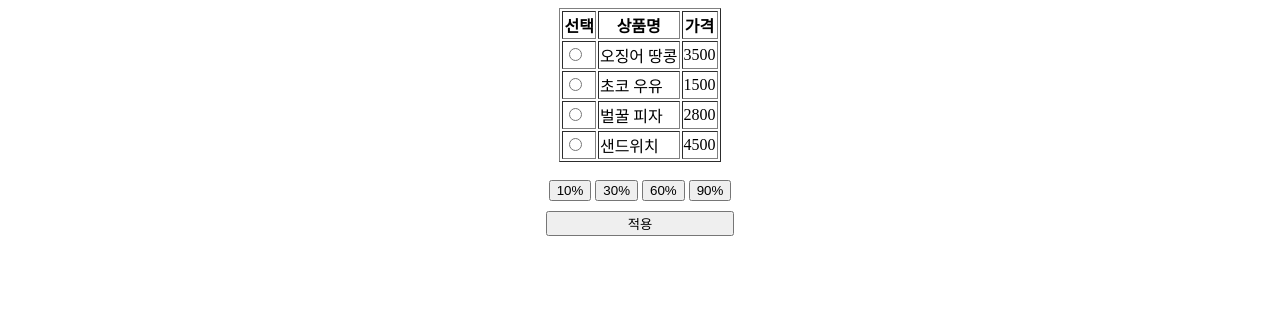
Repository: dlfud/SpringFramework
Page: http://localhost/ex02/WEB-INF/views/product/usePoint.jsp
The author's editor kept a copy of each file at every save. The page is drawn from the files as they stood at one save, then again after the next save.
The browser window is 1280 px wide. The pictures show the whole page.
The page is served by Tomcat 9. Nobody is signed in. The template is opened directly, without the code that normally fills it, so the values that code supplies are empty.

Above is the page before, as saved 2022-06-28 10:14:50.

After the next save:
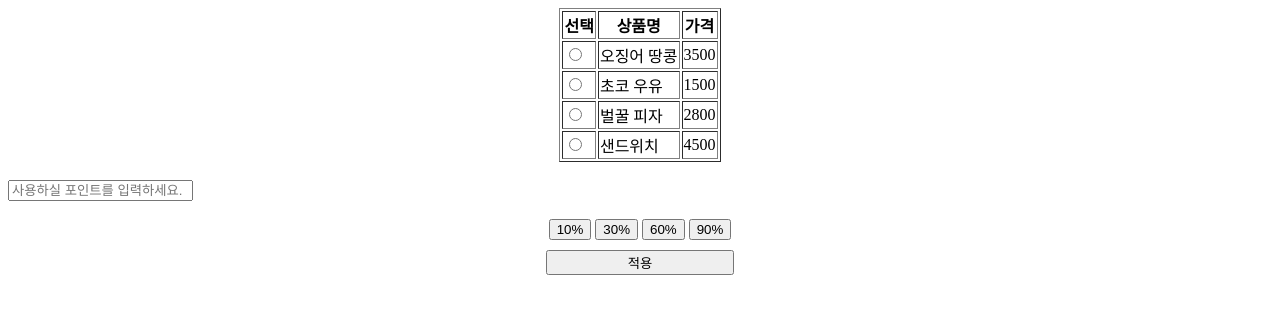
Saved 83 s later.
--- a/ex02/src/main/webapp/WEB-INF/views/product/usePoint.jsp
+++ b/ex02/src/main/webapp/WEB-INF/views/product/usePoint.jsp
@@ -12,7 +12,6 @@
 		<!-- 보이지는 않지만 파라미터를 넘기기 위해서 -->
 		<input type="hidden" name="productName"/>
 		<input type="hidden" name="productPrice"/>
-		<input type="hidden" name="discountRate"/>
 		<table border="1" style="margin:0 auto">
 			<tr>
 				<th>선택</th>
@@ -49,6 +48,10 @@
 			</tr>
 		</table>
 		<br>
+		<div>
+			<input type="text" name="point" placeholder="사용하실 포인트를 입력하세요."/>
+		</div>
+		<br>
 		<div style="text-align:center">
 			<!-- data함수에서 rate key값을 전달해 주면 value가 ""안에 있는 값이 됨 -->
 			<button class="rate" type="button" data-rate="10">10%</button>
